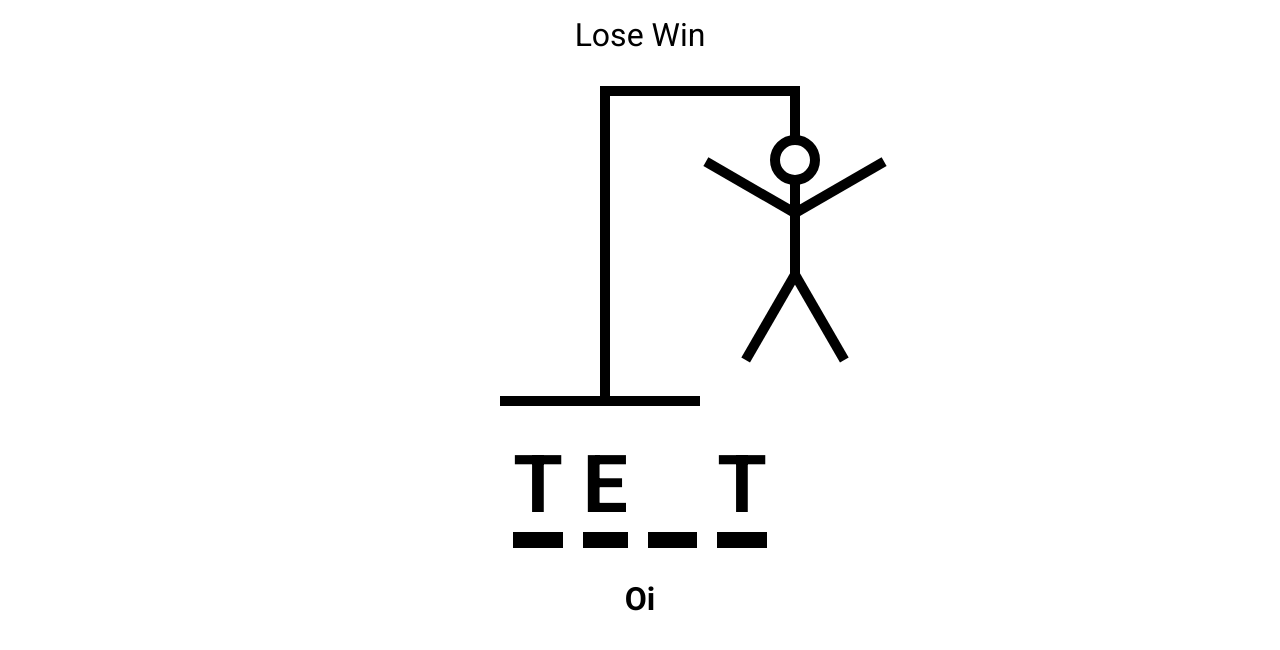
Repository: guilhermecardoso93/jogodaforca
Page: /
These files come from the project's save history. The page is drawn as it stood at one moment and after the next save; the edit follows.
The browser window is 1280 px wide. The pictures show the whole page.
The project was rebuilt for these pictures with package versions that can differ from the ones it lists, and the page was loaded fresh each time. Also part of the build but not shown: vite.config.ts.

Above is the page before, as saved 2022-12-06 21:22:23.

### index.html
<!DOCTYPE html>
<html lang="en">
  <head>
    <meta charset="UTF-8" />
    <link rel="icon" type="image/svg+xml" href="/vite.svg" />
    <meta name="viewport" content="width=device-width, initial-scale=1.0" />
    <link rel="preconnect" href="https://fonts.googleapis.com"><link
      rel="preconnect" href="https://fonts.gstatic.com" crossorigin><link
      href="https://fonts.googleapis.com/css2?family=Roboto:ital,wght@0,400;0,500;0,700;1,400&display=swap"
      rel="stylesheet">
    <title>Vite + React + TS</title>
  </head>
  <body>
    <div id="root"></div>
    <script type="module" src="/src/main.tsx"></script>
  </body>
</html>

### src/App.tsx
import { useState } from "react";
import words from "./wordList.json";

import { HangmanDrawing } from "./components/HangmanDrawing";
import { HangmanWord } from "./components/HangmanWord";
import { Keyboard } from "./components/Keyboard";

import "./App.css";

export function App() {
  const randomWords = () => {
    return words[Math.floor(Math.random() * words.length)];
  };

  const [wordToGuess, setWordToGuess] = useState(randomWords);
  const [guessedLetters, setGuessedLetters] = useState<string[]>([]);

  console.log(wordToGuess);
  return (
    <div className="container">
      <div className="loseOrWin">Lose Win</div>
      <HangmanDrawing />
      <HangmanWord />
      <Keyboard />
    </div>
  );
}

### src/wordList.json
[
  "capaz",
  "sobre",
  "absoluto",
  "aceitar",
  "conta",
  "alcançar",
  "através",
  "ativo",
  "real",
  "Admitem",
  "anunciar",
  "afetar",
  "proporcionar",
  "depois",
  "tarde",
  "novamente",
  "contra",
  "agente",
  "aceita",
  "permitir",
  "quase",
  "já",
  "tudo bem",
  "também",
  "Apesar",
  "sempre",
  "América",
  "quantia",
  "outro",
  "responda",
  "separado",
  "aparente",
  "aparecer",
  "Aplique",
  "nomear",
  "abordagem",
  "apropriado",
  "área",
  "argumentar",
  "arranjo",
  "associado",
  "presumir",
  "participar",
  "autoridade",
  "acessível",
  "consciente",
  "horrível",
  "bebê",
  "Saldo",
  "bola",
  "banco",
  "base",
  "base",
  "urso",
  "bater",
  "beleza",
  "Porque",
  "antes da",
  "começar",
  "acreditam",
  "beneficiar",
  "melhor",
  "entre",
  "conta",
  "nascimento",
  "Preto",
  "cara",
  "sangue",
  "golpe",
  "limite",
  "linha",
  "Lista",
  "ouço",
  "pequena",
  "viver",
  "carregar",
  "local",
  "trancar",
  "Londres",
  "grandes",
  "olhar",
  "senhor",
  "perder",
  "amor",
  "sorte",
  "almoço",
  "máquina",
  "faço",
  "gerir",
  "muitos",
  "marca",
  "mercado",
  "casar",
  "Combine",
  "matéria",
  "significa",
  "significado",
  "a medida",
  "encontrar",
  "membro",
  "menção",
  "meio",
  "poderia",
  "milha",
  "ouvir",
  "coração",
  "aquecer",
  "pesado",
  "inferno",
  "ajuda",
  "aqui",
  "Alto",
  "história",
  "aguarde",
  "feriado",
  "casa",
  "honesto",
  "esperança",
  "cavalo",
  "hospital",
  "hora",
  "lar",
  "Contudo",
  "olá",
  "centenas",
  "esposo",
  "idéia",
  "identificar",
  "Imagine",
  "importante",
  "melhorar",
  "incluir",
  "renda",
  "aumentar",
  "na verdade",
  "Individual",
  "indústria",
  "informar",
  "garantir",
  "interesse",
  "em",
  "introduzir",
  "investir",
  "envolver",
  "questão",
  "item",
  "Jesus",
  "Junte",
  "juiz",
  "pular",
  "apenas",
  "guarda",
  "matar",
  "Gentil",
  "rei",
  "cozinha",
  "bater",
  "conhecer",
  "trabalho",
  "senhora",
  "terra",
  "Língua",
  "ampla",
  "último",
  "tarde",
  "riso",
  "conduzir",
  "aprender",
  "sair",
  "deixei",
  "menos",
  "carta",
  "nível",
  "vida",
  "leve",
  "Curti",
  "provável",
  "cinco",
  "apartamento",
  "piso",
  "Segue",
  "Comida",
  "pé",
  "força",
  "esquecer",
  "Formato",
  "fortuna",
  "frente",
  "quatro",
  "França",
  "gratuitamente",
  "amigo",
  "a partir de",
  "frente",
  "cheio",
  "função",
  "fundo",
  "futuro",
  "jogos",
  "jardim",
  "em geral",
  "Alemanha",
  "menina",
  "dar",
  "vidro",
  "Boa",
  "adeus",
  "governo",
  "grande",
  "conceder",
  "excelente",
  "verde",
  "chão",
  "grupo",
  "crescer",
  "acho",
  "cabelo",
  "metade",
  "corredor",
  "mão",
  "pendurar",
  "acontecer",
  "feliz",
  "duro",
  "odiar",
  "tenho",
  "cabeça",
  "saúde"
]

### src/components/HangmanDrawing.tsx
const HEAD = (
  <div
    style={{
      width: "50px",
      height: "50px",
      borderRadius: "100%",
      border: "10px solid black",
      position: "absolute",
      top: "49px",
      right: "-20px",
    }}
  />
);

const BODY = (
  <div
    style={{
      width: "10px",
      height: "100px",
      background: "black",
      position: "absolute",
      top: "90px",
      right: 0,
    }}
  />
);

const RIGHT_ARM = (
  <div
    style={{
      width: "100px",
      height: "10px",
      background: "black",
      position: "absolute",
      top: "120px",
      right: "-100px",
      rotate: "-30deg",
      transformOrigin: "left bottom",
    }}
  />
);

const LEFT_ARM = (
  <div
    style={{
      width: "100px",
      height: "10px",
      background: "black",
      position: "absolute",
      top: "120px",
      right: "10px",
      rotate: "30deg",
      transformOrigin: "right bottom",
    }}
  />
);

const RIGHT_LEG = (
  <div
    style={{
      width: "100px",
      height: "10px",
      background: "black",
      position: "absolute",
      top: "180px",
      right: "-90px",
      rotate: "60deg",
      transformOrigin: "left bottom",
    }}
  />
);

const LEFT_LEG = (
  <div
    style={{
      width: "100px",
      height: "10px",
      background: "black",
      position: "absolute",
      top: "180px",
      right: 0,
      rotate: "-60deg",
      transformOrigin: "right bottom",
    }}
  />
);

const BODY_PARTS = [HEAD, BODY, RIGHT_ARM, LEFT_ARM, RIGHT_LEG, LEFT_LEG];

type HangmanDrawingProps = {
  numberOfGuesses: number
}

export function HangmanDrawing() {
  return (
    <div style={{ position: "relative" }}>
      {BODY_PARTS}
      <div
        style={{
          height: "50px",
          width: "10px",
          background: "black",
          position: "absolute",
          top: 0,
          right: 0,
        }}
      />
      <div
        style={{
          height: "10px",
          width: "200px",
          background: "black",
          marginLeft: "120px",
        }}
      />
      <div
        style={{
          height: "300px",
          width: "10px",
          background: "black",
          marginLeft: "120px",
        }}
      />
      <div style={{ height: "10px", width: "200px", marginLeft: '20px', background: "black" }} />
    </div>
  );
}

### src/components/HangmanWord.tsx
import "../App.css";

export function HangmanWord() {
  const word = "test";
  const guessedLetters = ["t", 'e'];

  return (
    <div className="HangmanWordContainer">
      {word.split("").map((letter, index) => (
        <span>
          <span
            style={{
              visibility: guessedLetters.includes(letter)
                ? "visible"
                : "hidden",
            }}
          >
            {letter}
          </span>
        </span>
      ))}
    </div>
  );
}

### src/components/Keyboard.tsx
export function Keyboard() {
  return (
    <div>
      <h1>Oi</h1>
    </div>
  )
}

### src/App.css
* {
  margin: 0;
  passing: 0;
  box-sizing: border-box;
  font-family: "Roboto", sans-serif;
}

body {
  margin: 1rem;
}

.container {
  max-width: 800px;
  display: flex;
  flex-direction: column;
  gap: 2rem;
  margin: 0 auto;
  align-items: center;
  justify-content: center;
}

.loseOrWin {
  font-size: 2rem;
  text-align: center;
}

.HangmanWordContainer {
  display: flex;
  gap: 0.25em;
  font-size: 5rem;
  font-weight: bold;
  text-transform: uppercase;
}

.HangmanWordContainer > span {
  border-bottom: 1rem solid black;
}

.HangmanWordContainer .invisibleLetter {
  visibility: hidden;
}

Loaded but not shown: src/main.tsx (common file)

After the next save:
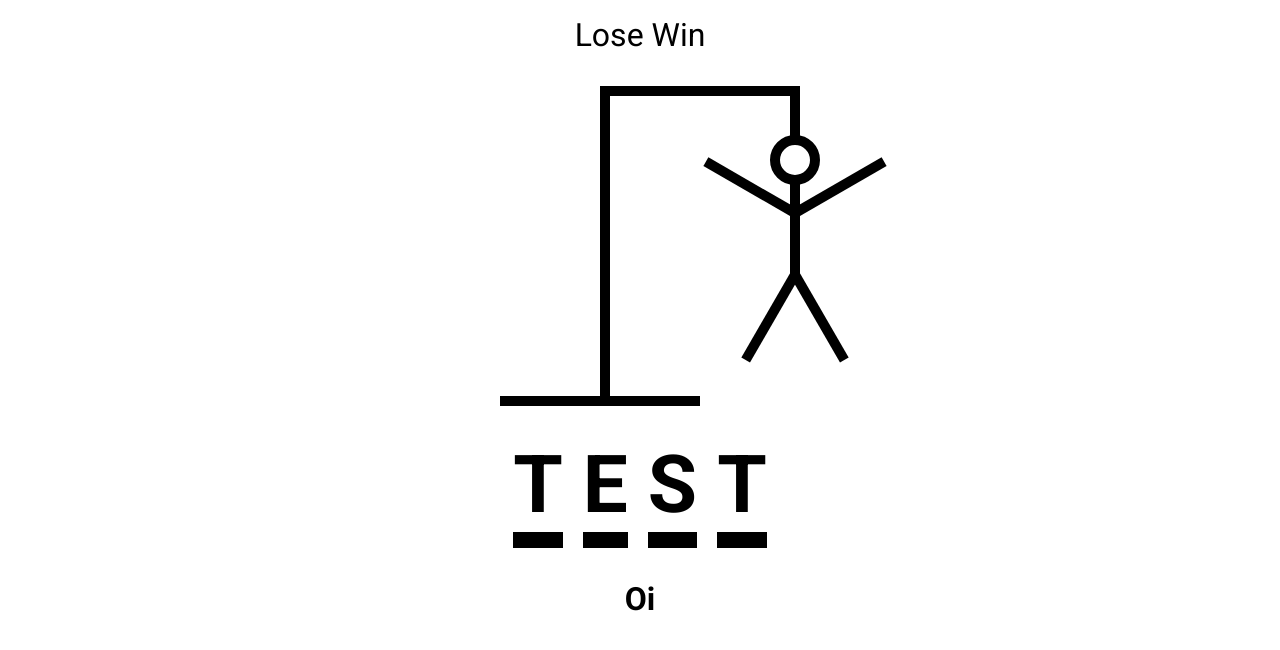
Saved 6 s later.
--- a/src/components/HangmanWord.tsx
+++ b/src/components/HangmanWord.tsx
@@ -2,7 +2,7 @@ import "../App.css";
 
 export function HangmanWord() {
   const word = "test";
-  const guessedLetters = ["t", 'e'];
+  const guessedLetters = ["t", 'e', 's'];
 
   return (
     <div className="HangmanWordContainer">
